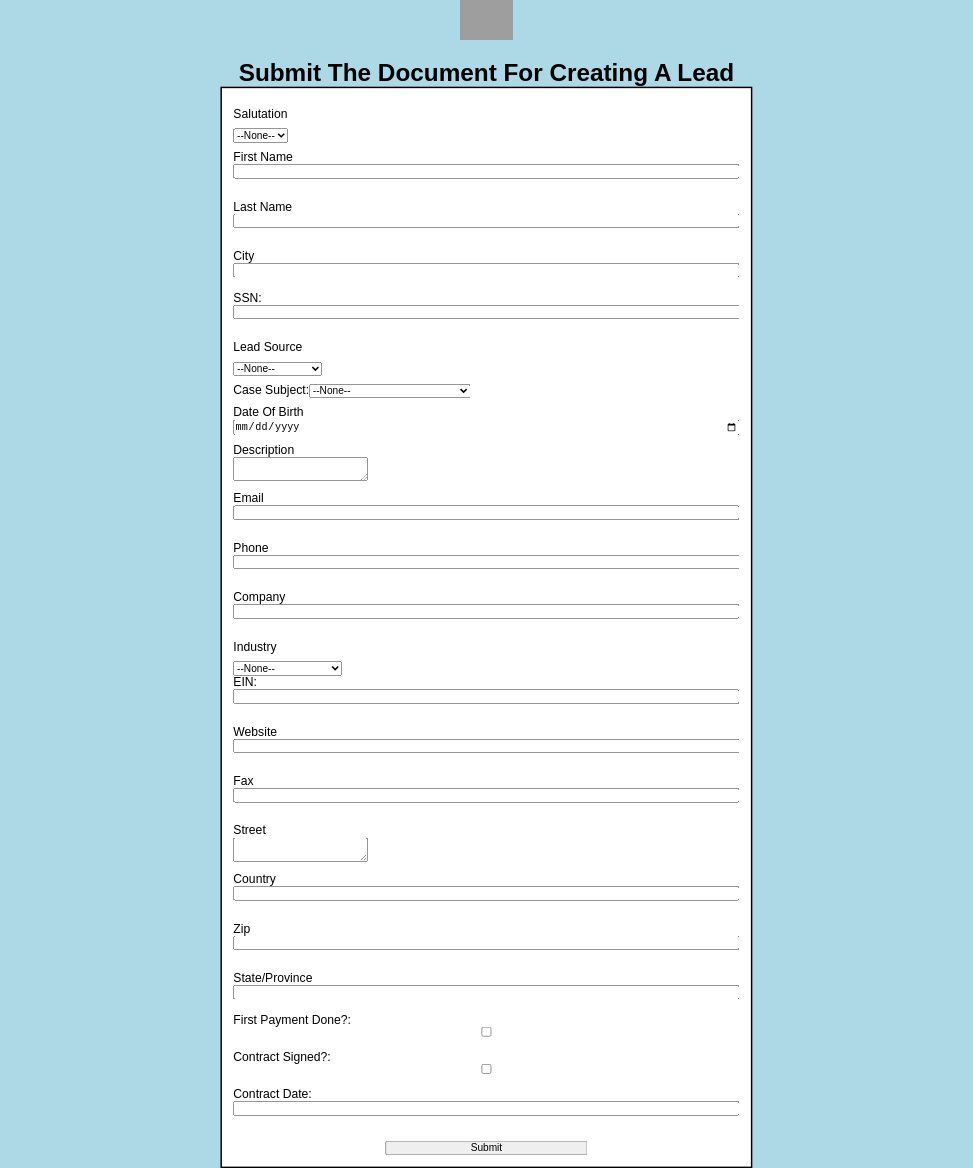
Repository: yaseminvural99/changeForce
Page: index.html
An editor plug-in stored every save of this project. The page is shown before and after a run of saves, followed by the edit.
The browser window is 1280 px wide. The pictures show the whole page, at 76% of full size.
Pictures or frames that could not be fetched are drawn as grey boxes.

Above is the page before, as saved 2024-04-27 17:25:52.

After the next 3 saves:
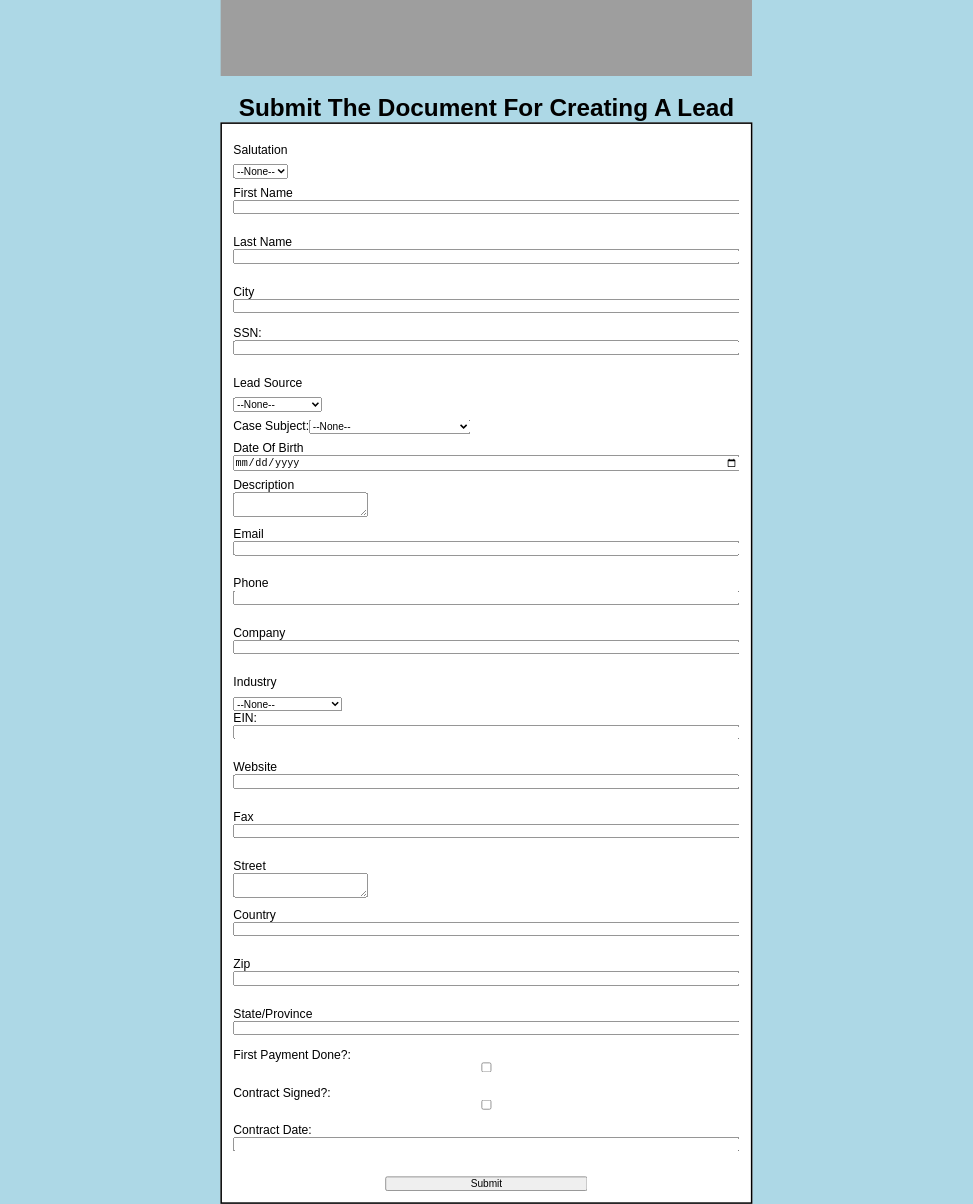
The 3 saves are shown as one change because they came seconds apart.
The last was saved 11 s later.
--- a/style.css
+++ b/style.css
@@ -50,6 +50,6 @@ input[type="submit"]{
 }
 
 .banner img {
-    width: 70px;
-    height:10;
+    width: 700px;
+    height:100px;
 }
